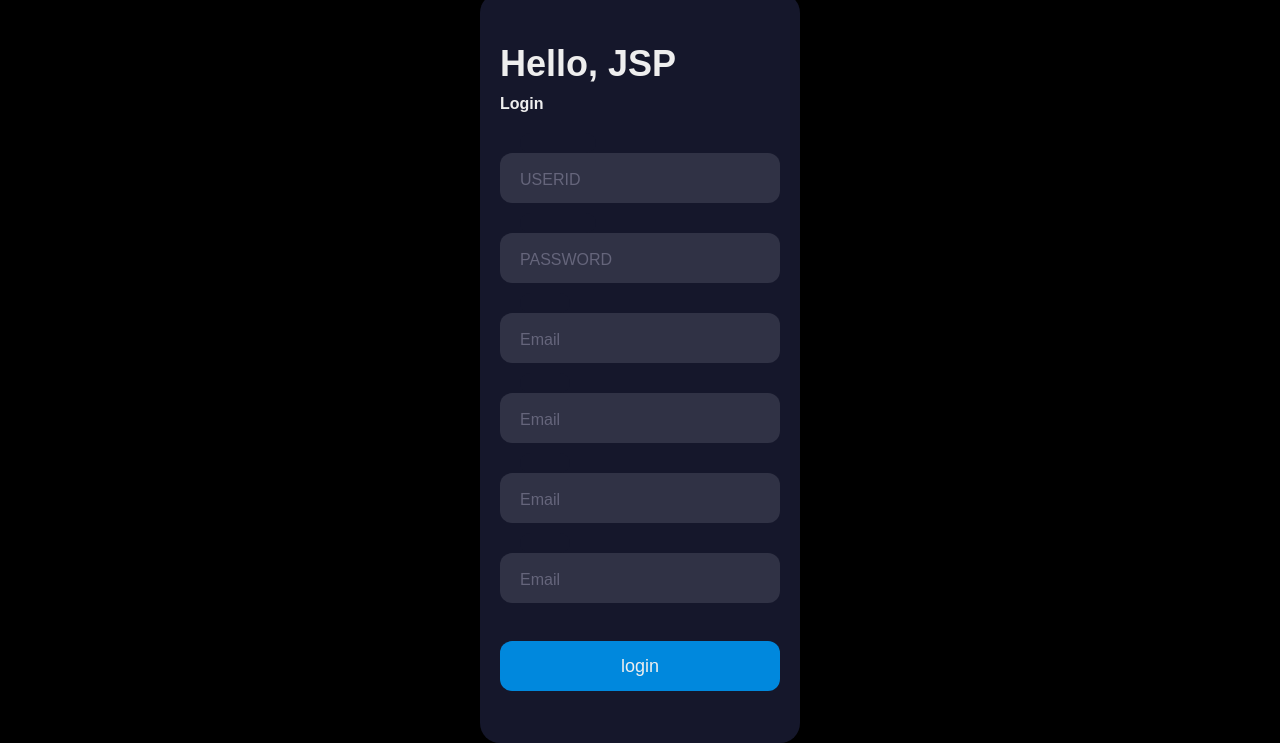
Repository: uhhuhhmm/JSP-Servlet-Class
Page: http://localhost/web03/boardForm304.jsp
The author's editor kept a copy of each file at every save. The page is drawn from the files as they stood at one save, then again after the next save.
The browser window is 1280 px wide. The pictures show the whole page.
The page is served by Tomcat 9. Other server files are loaded and not shown.

Above is the page before, as saved 2022-07-15 02:08:03.

### web03/WebContent/boardForm304.jsp
<%@ page language="java" contentType="text/html; charset=UTF-8"
    pageEncoding="UTF-8"%>
    <%
	request.setCharacterEncoding("UTF-8");
%>
<jsp:useBean id="member" class="com.j.javabeans.MemberBean"></jsp:useBean>
<jsp:setProperty property="*" name="member"/>
<!DOCTYPE html>
<html>
<head>
<meta charset="UTF-8">
<title>Login</title>
<style type="text/css">
body {
  align-items: center;
  background-color: #000;
  display: flex;
  justify-content: center;
  height: 100vh;
}

.form {
  background-color: #15172b;
  border-radius: 20px;
  box-sizing: border-box;
  height: 750px;
  padding: 20px;
  width: 320px;
}

.title {
  color: #eee;
  font-family: sans-serif;
  font-size: 36px;
  font-weight: 600;
  margin-top: 30px;
}

.subtitle {
  color: #eee;
  font-family: sans-serif;
  font-size: 16px;
  font-weight: 600;
  margin-top: 10px;
}

.input-container {
  height: 50px;
  position: relative;
  width: 100%;
}

.ic1 {
  margin-top: 40px;
}

.ic2 {
  margin-top: 30px;
}

.input {
  background-color: #303245;
  border-radius: 12px;
  border: 0;
  box-sizing: border-box;
  color: #eee;
  font-size: 18px;
  height: 100%;
  outline: 0;
  padding: 4px 20px 0;
  width: 100%;
}

.cut {
  background-color: #15172b;
  border-radius: 10px;
  height: 20px;
  left: 20px;
  position: absolute;
  top: -20px;
  transform: translateY(0);
  transition: transform 200ms;
  width: 76px;
}

.cut-short {
  width: 50px;
}

.input:focus ~ .cut,
.input:not(:placeholder-shown) ~ .cut {
  transform: translateY(8px);
}

.placeholder {
  color: #65657b;
  font-family: sans-serif;
  left: 20px;
  line-height: 14px;
  pointer-events: none;
  position: absolute;
  transform-origin: 0 50%;
  transition: transform 200ms, color 200ms;
  top: 20px;
}

.input:focus ~ .placeholder,
.input:not(:placeholder-shown) ~ .placeholder {
  transform: translateY(-30px) translateX(6px) scale(0.75);
}

.input:not(:placeholder-shown) ~ .placeholder {
  color: #808097;
}

.input:focus ~ .placeholder {
  color: #dc2f55;
}

.submit {
  background-color: #08d;
  border-radius: 12px;
  border: 0;
  box-sizing: border-box;
  color: #eee;
  cursor: pointer;
  font-size: 18px;
  height: 50px;
  margin-top: 38px;
  // outline: 0;
  text-align: center;
  width: 100%;
}

.submit:active {
  background-color: #06b;
}
</style>
</head>
<body>
<form method="post" action="addMember298.jsp">
<div class="form">
      <div class="title">Hello, JSP</div>
      <div class="subtitle">Login</div>
      <div class="input-container ic1">
        <input id="userid" name="id" class="input" type="text" placeholder=" " />
        <div class="cut"></div>
        <label for="userid" class="placeholder">USERID</label>
      </div>
      <div class="input-container ic2">
        <input id="userpwd" name="pwd" class="input" type="text" placeholder=" " />
        <div class="cut"></div>
        <label for="userpwd" class="placeholder">PASSWORD</label>
      </div>
      <div class="input-container ic2">
        <input id="email" class="input" type="text" placeholder=" " />
        <div class="cut cut-short"></div>
        <label for="email" class="placeholder">Email</>
      </div>
      <div class="input-container ic2">
        <input id="email" class="input" type="text" placeholder=" " />
        <div class="cut cut-short"></div>
        <label for="email" class="placeholder">Email</>
      </div>
      <div class="input-container ic2">
        <input id="email" class="input" type="text" placeholder=" " />
        <div class="cut cut-short"></div>
        <label for="email" class="placeholder">Email</>
      </div>
      <div class="input-container ic2">
        <input id="email" class="input" type="text" placeholder=" " />
        <div class="cut cut-short"></div>
        <label for="email" class="placeholder">Email</>
      </div>
      <button type="submit" class="submit" value="로그인">login</button>
    </div>
</form>

<!-- 	<form method="post" action="testLogin261.jsp"> -->

<!-- 		<label for="userid"> 아이디 : </label> -->
<!-- 		<input type="text" name="id" id="userid"><br> -->

<!-- 		<label for="userpwd"> 암 &nbsp; 호 : </label> -->
<!-- 		<input type="password" name="pwd" id="userpwd"><br> -->

<!-- 		<input type="submit" value="로그인"> -->

<!-- 	</form> -->
</body>
</html>

### web03/src/com/j/javabeans/MemberBean.java
package com.j.javabeans;

import lombok.Getter;
import lombok.Setter;

@Getter
@Setter
public class MemberBean {
	private String name;
	private String userid;
	private String nickname;
	private String pwd;
	private String email;
	private String phone;


}

After the next save:
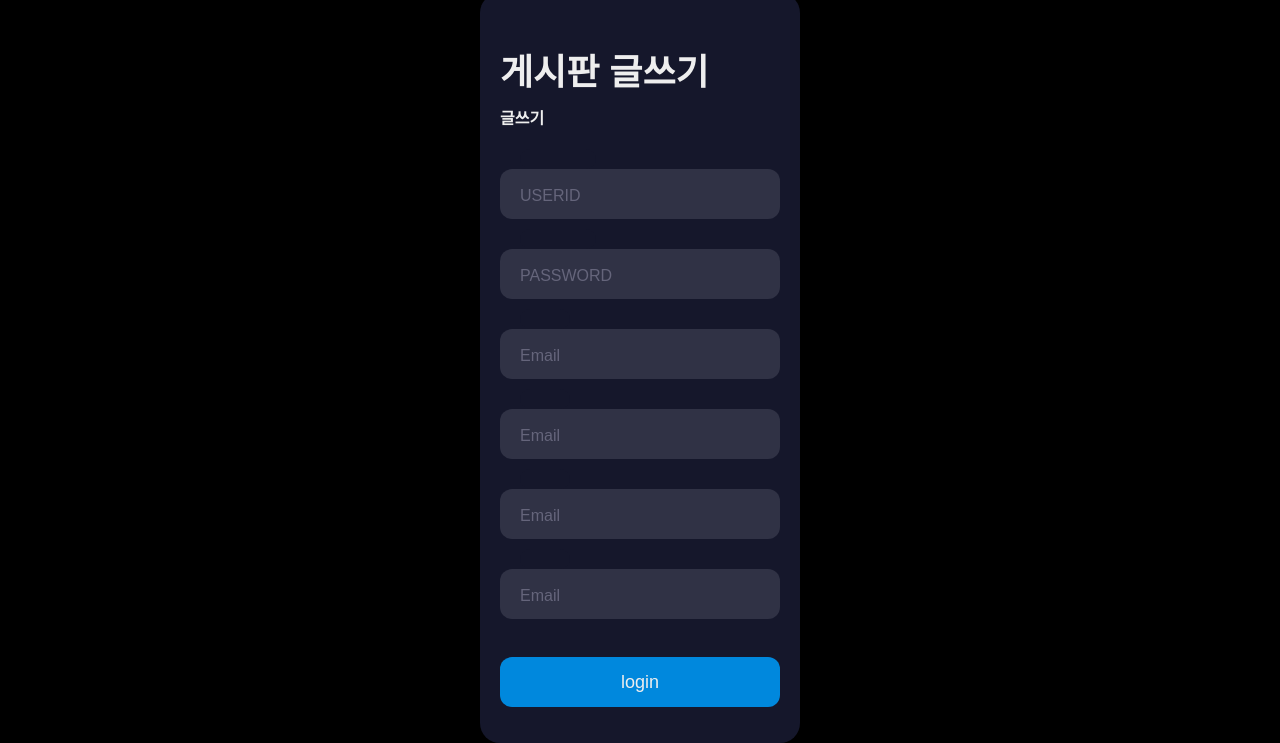
Saved 61 s later.
--- a/web03/WebContent/boardForm304.jsp
+++ b/web03/WebContent/boardForm304.jsp
@@ -140,8 +140,8 @@ body {
 <body>
 <form method="post" action="addMember298.jsp">
 <div class="form">
-      <div class="title">Hello, JSP</div>
-      <div class="subtitle">Login</div>
+      <div class="title">게시판 글쓰기</div>
+      <div class="subtitle">글쓰기</div>
       <div class="input-container ic1">
         <input id="userid" name="id" class="input" type="text" placeholder=" " />
         <div class="cut"></div>
